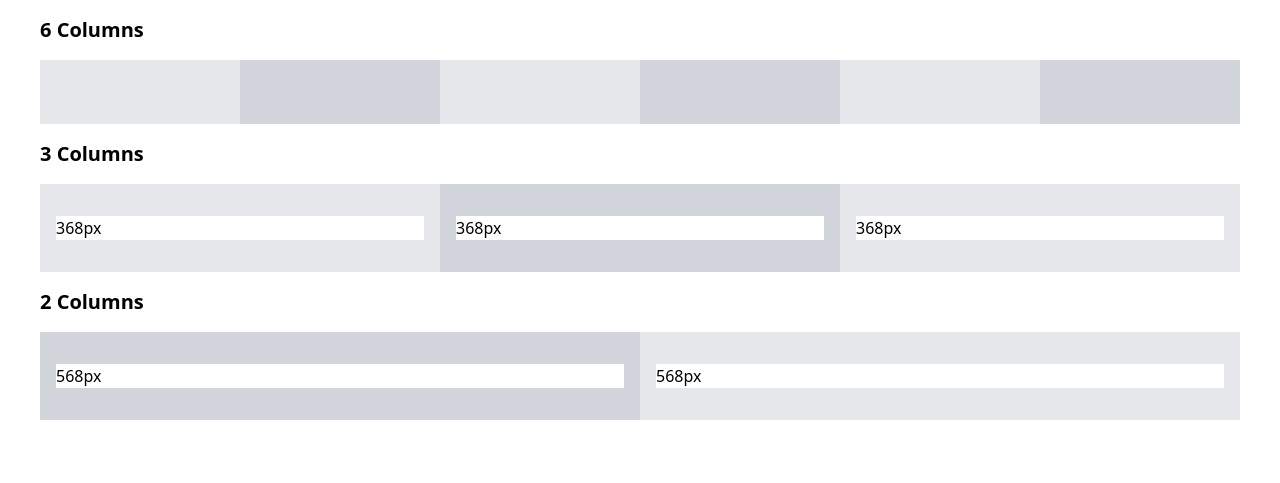
Repository: fabianwurk/vue-tailwind
Page: /
These files come from the project's save history. The page is drawn as it stood at one moment and after the next save; the edit follows.
The browser window is 1280 px wide. The pictures show the whole page.
The project was rebuilt for these pictures with package versions that can differ from the ones it lists, and the page was loaded fresh each time. Also part of the build but not shown: vite.config.js.

Above is the page before, as saved 2021-03-15 23:29:12.

### src/App.vue
<template>
  <Tail />
  <!-- <Wind /> -->
</template>

<script setup>
import Tail from './components/Tail.vue';
// import Wind from './components/Wind.vue';

</script>

### src/components/Tail.vue
<template>
  <div>

  <div class="container mx-auto">
    <h2 class="text-xl font-bold my-4">6 Columns</h2>
    <div class="flex items-center">
      <div class="w-1/6 bg-gray-200 py-8 px-4">
        <span class="bg-white w-full block">{{ six }}</span>
      </div>
      <div class="w-1/6 bg-gray-300 py-8 px-4">
        <span class="bg-white w-full block">{{ six }}</span>
      </div>
      <div class="w-1/6 bg-gray-200 py-8 px-4">
        <span class="bg-white w-full block">{{ six }}</span>
      </div>
      <div class="w-1/6 bg-gray-300 py-8 px-4">
        <span class="bg-white w-full block">{{ six }}</span>
      </div>
      <div class="w-1/6 bg-gray-200 py-8 px-4">
        <span class="bg-white w-full block">{{ six }}</span>
      </div>
      <div class="w-1/6 bg-gray-300 py-8 px-4">
        <span class="bg-white w-full block">{{ six }}</span>
      </div>
    </div>
  </div>

  <div class="container mx-auto">
    <h2 class="text-xl font-bold my-4">3 Columns</h2>
    <div class="flex items-center">
      <div class="w-1/3 bg-gray-200 py-8 px-4">
        <span class="bg-white w-full block">368px</span>
      </div>
      <div class="w-1/3 bg-gray-300 py-8 px-4">
        <span class="bg-white w-full block">368px</span>
      </div>
      <div class="w-1/3 bg-gray-200 py-8 px-4">
        <span class="bg-white w-full block">368px</span>
      </div>
    </div>
  </div>

  <div class="container mx-auto">
    <h2 class="text-xl font-bold my-4">2 Columns</h2>
    <div class="flex items-center">
      <div class="w-1/2 bg-gray-300 py-8 px-4">
        <span class="bg-white w-full block">568px</span>
      </div>
      <div class="w-1/2 bg-gray-200 py-8 px-4">
        <span class="bg-white w-full block">568px</span>
      </div>
    </div>
  </div>

  </div>
</template>

<script>
const six = 6;
export default {
  name: 'six',
  props: {
    msg: String
  },
}
</script>

### tailwind.config.js
module.exports = {
  purge: ['./index.html', './src/**/*.{vue,js,ts,jsx,tsx}'],
  darkMode: false, // or 'media' or 'class'
  theme: {
    extend: {
      screens: {
        'xl': {'min': '1200px', 'max': '1280px'},
        '2xl': {'max': '1280px'},
      },
    },
  },
  variants: {
    extend: {},
  },
  plugins: [],
}

Loaded but not shown: index.html (common file); src/main.js (common file); src/index.css (common file)

After the next save:
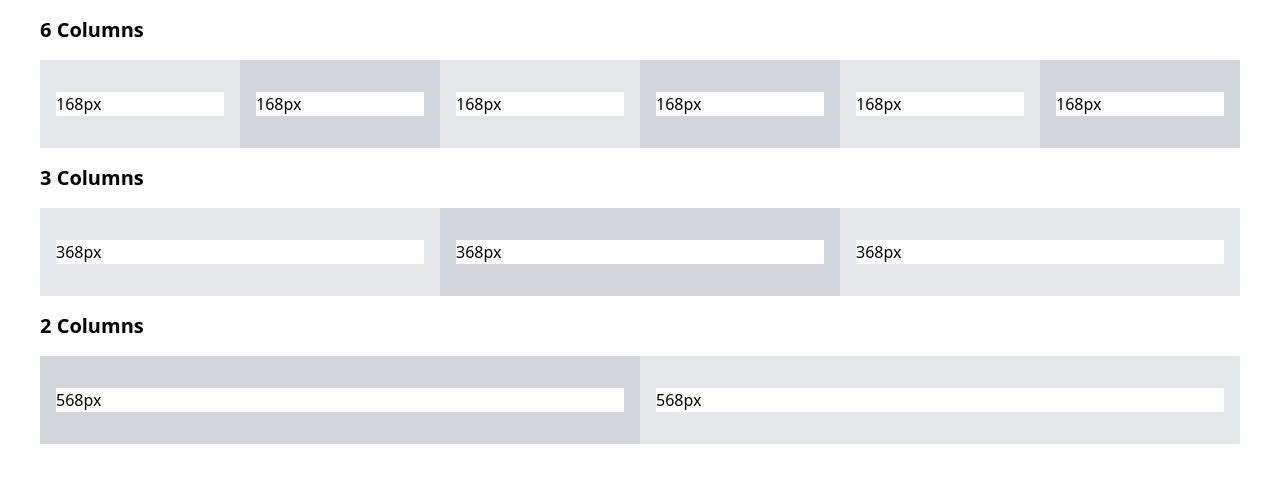
Saved 93 s later.
--- a/src/components/Tail.vue
+++ b/src/components/Tail.vue
@@ -56,11 +56,11 @@
 </template>
 
 <script>
-const six = 6;
 export default {
-  name: 'six',
-  props: {
-    msg: String
+  data() {
+    return {
+      six: "168px"
+    };
   },
 }
 </script>
